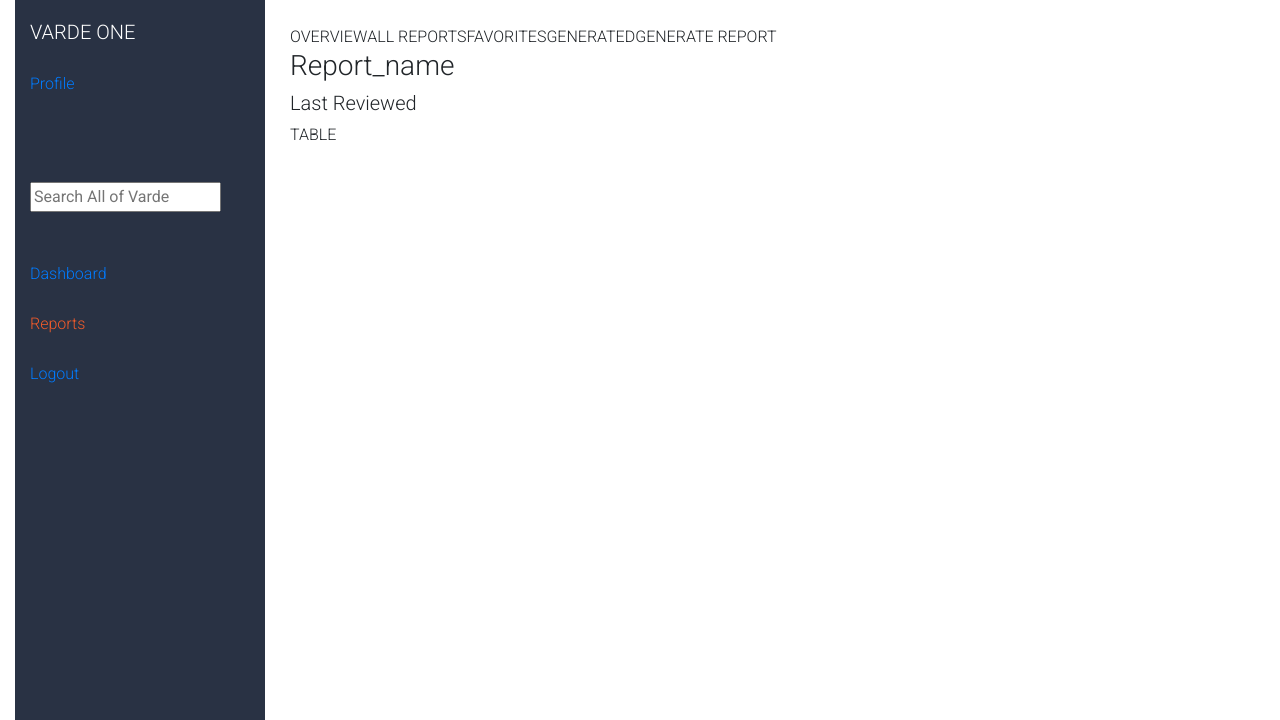
Repository: slavishtipkov/cra-redux
Page: /reports
The author's editor kept a copy of each file at every save. The page is drawn from the files as they stood at one save, then again after the next save.
The browser window is 1280 px wide. The pictures show the whole page.
The project was rebuilt for these pictures with package versions that can differ from the ones it lists, and the page was loaded fresh each time.

Above is the page before, as saved 2019-07-09 13:17:42.

After the next save:
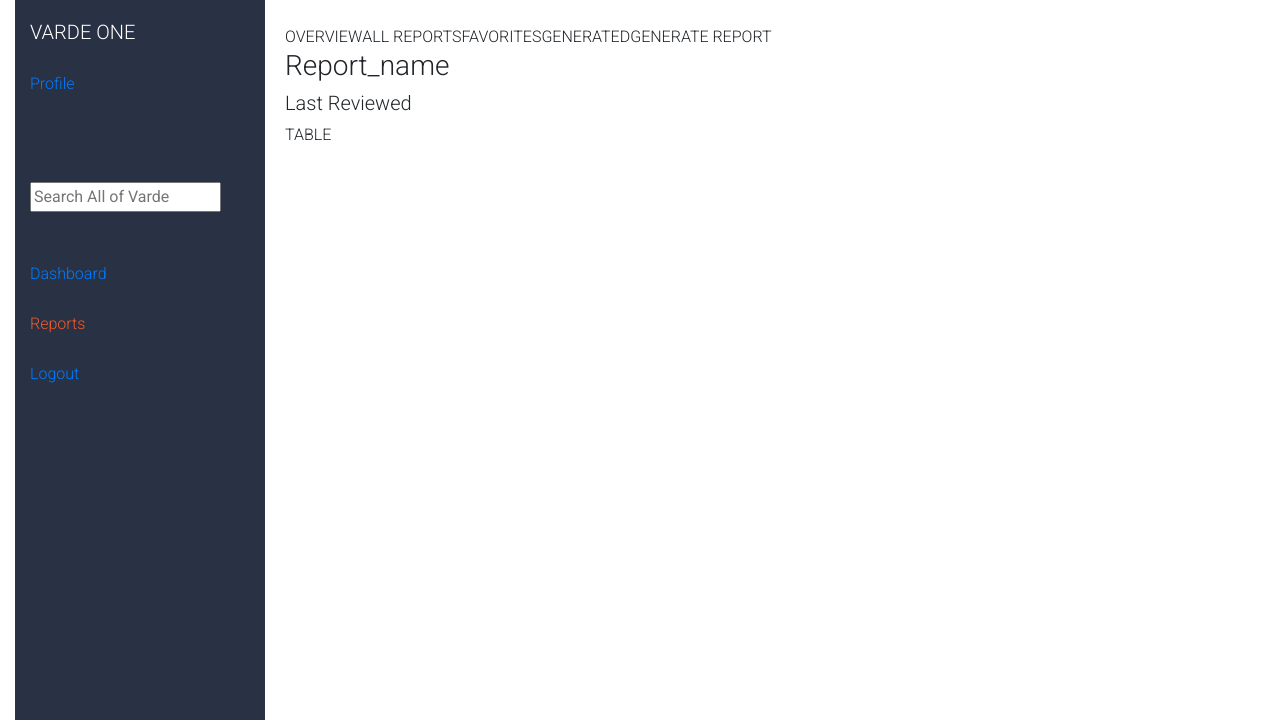
Saved 19 s later.
--- a/src/Components/App/App.scss
+++ b/src/Components/App/App.scss
@@ -10,7 +10,7 @@
   }
 
   .page {
-    padding-left: 25px;
+    padding-left: 20px;
     width: 80%;
 
     .page-header {
